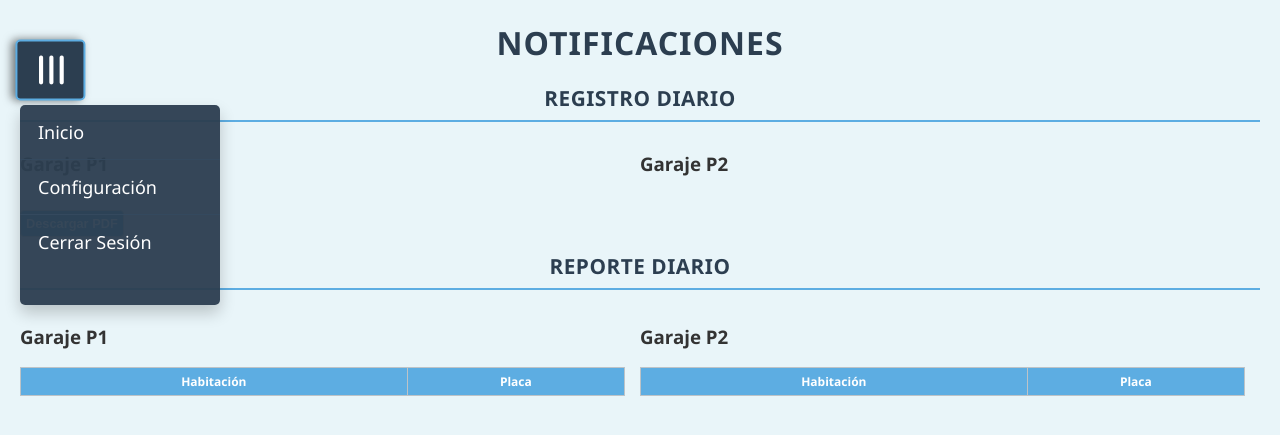
Repository: EddyWebz/base-datos
Page: privado/report.html
The author's editor kept a copy of each file at every save. The page is drawn from the files as they stood at one save, then again after the next save.
The browser window is 1280 px wide. The pictures show the whole page.
After loading, the first visible `button.menu-icon` was clicked once.
The page's requests for data from a server got no answer.

Above is the page before, as saved 2024-08-29 17:24:04.

### privado/report.html
<!DOCTYPE html>
<html lang="es">
<head>
    <meta charset="UTF-8">
    <meta name="viewport" content="width=device-width, initial-scale=1, maximum-scale=1, user-scalable=no"> <!-- Desactiva el zoom -->
    <title>Notificaciones y Reportes de Vehículos</title>
    <!-- Vinculación al archivo CSS de notificaciones -->
    <link rel="apple-touch-icon" sizes="180x180" href="/ico.rep/apple-touch-icon.png">
    <link rel="icon" type="image/png" sizes="32x32" href="/ico.rep/favicon-32x32.png">
    <link rel="icon" type="image/png" sizes="16x16" href="/ico.rep/favicon-16x16.png">
    <link rel="manifest" href="/ico.rep/site.webmanifest">
    <link rel="stylesheet" href="/notif.css">
    <!-- Iconos de Font Awesome -->
    <link rel="stylesheet" href="https://cdnjs.cloudflare.com/ajax/libs/font-awesome/6.0.0-beta3/css/all.min.css">
    <script src="https://cdnjs.cloudflare.com/ajax/libs/html2pdf.js/0.9.2/html2pdf.bundle.min.js"></script>
</head>
<body>
    <!-- Menú desplegable -->
    <div class="dropdown-menu">
        <button class="menu-icon">
            <i class="fas fa-bars"></i> <!-- Ícono de Font Awesome -->
        </button>
        <div class="dropdown-content">
            <a href="#" id="home-link">Inicio</a>
            <a href="#" id="home-link">Configuración</a>
            <a href="#" id="logout-button">Cerrar Sesión</a>
        </div>
    </div>

    <!-- Encabezado de la página -->
    <header>
        <h1>Notificaciones</h1>
    </header>

    <!-- Sección de Notificaciones Activas -->
    <section id="notificaciones">
        <h2>Registro Diario</h2>
        <div class="notificaciones-garajes">
            <div class="garaje">
                <h3>Garaje P1</h3>
                <div id="notificaciones-contenedor-P1" class="notificaciones-contenedor">
                    <!-- Las notificaciones dinámicas de P1 se insertarán aquí -->
                </div>
            </div>
            <div class="garaje">
                <h3>Garaje P2</h3>
                <div id="notificaciones-contenedor-P2" class="notificaciones-contenedor">
                    <!-- Las notificaciones dinámicas de P2 se insertarán aquí -->
                </div>
            </div>
        </div>
    </section>

    <!-- Sección de Reportes -->
    <form id="form-reporte">
        <!-- Botón de Imprimir -->
        <button type="button" id="btn-imprimir">Descargar PDF</button>
    </form>
    <h2>Reporte Diario</h2>

    <div class="reportes-garajes" id="Imprimir">
        <div class="garaje">
            <h3>Garaje P1</h3>
            <table id="tabla-reporte-P1" class="compact-table">
                <thead>
                    <tr>
                        <th>Habitación</th>
                        <th>Placa</th>
                    </tr>
                </thead>
                <tbody>
                    <!-- Las filas de datos se insertarán dinámicamente aquí -->
                </tbody>
            </table>
        </div>

        <div class="garaje">
            <h3>Garaje P2</h3>
            <table id="tabla-reporte-P2" class="compact-table">
                <thead>
                    <tr>
                        <th>Habitación</th>
                        <th>Placa</th>
                    </tr>
                </thead>
                <tbody>
                    <!-- Las filas de datos se insertarán dinámicamente aquí -->
                </tbody>
            </table>
        </div>
    </div>

    <!-- Vinculación al archivo JavaScript de notificaciones y reportes -->
    <script src="/report.js"></script>
</body>
</html>

### BASE-2/notif.css
/* Estilos Generales */
body {
    font-family: 'Segoe UI', Tahoma, Geneva, Verdana, sans-serif;
    background-color: #e9f5f9; /* Un fondo azul claro suave */
    color: #333;
    margin: 20px;
    padding: 0;
    box-sizing: border-box;
}

/* Encabezado */
header h1 {
    text-align: center;
    color: #2c3e50;
    font-size: 2em;
    margin-bottom: 20px;
    text-transform: uppercase;
    letter-spacing: 1px;
    animation: fadeIn 1s ease-in-out;
}

/* Estilo unificado para h2 */
h2 {
    color: #2c3e50; /* Un color azul oscuro */
    font-size: 1.3em; /* Tamaño de fuente ajustado */
    font-weight: bold;
    text-align: center; /* Centrar los títulos */
    margin-top: 15px;
    margin-bottom: 15px;
    padding-bottom: 8px;
    border-bottom: 2px solid #5dade2; /* Añadir un borde inferior para separar visualmente */
    letter-spacing: 0.5px;
    text-transform: uppercase; /* Convertir a mayúsculas para consistencia */
    animation: fadeIn 1s ease-in-out;
}

/* Sección de Notificaciones */
#notificaciones h2 {
    margin-bottom: 10px;
    animation: fadeIn 1s ease-in-out;
}

.notificaciones-garajes {
    display: flex;
    justify-content: space-between; /* Permite que los contenedores de garaje ocupen todo el ancho */
}

.garaje {
    flex: 1;
    margin-right: 15px; /* Reducir espacio entre columnas de garajes */
}

.notificaciones-contenedor {
    display: flex;
    flex-direction: column;
    gap: 3px; /* Reducir el espacio entre notificaciones */
    animation: slideInUp 0.5s ease-in-out;
}

.notificacion {
    background-color: #ffffff;
    border-left: 3px solid #5dade2; /* Azul suave para el borde */
    padding: 3px; /* Reducir padding interno */
    box-shadow: 0 2px 4px rgba(0, 0, 0, 0.1);
    border-radius: 4px;
    width: 100%;  /* Ocupa todo el ancho disponible */
    transition: transform 0.3s ease, box-shadow 0.3s ease;
    cursor: pointer;
    font-size: 0.9em; /* Reducir tamaño de la fuente */
}

.notificacion:hover {
    transform: translateY(-2px);
    box-shadow: 0 4px 6px rgba(0, 0, 0, 0.15);
}

/* Botón Descargar PDF */
button {
    padding: 8px 16px; /* Reducir tamaño del botón */
    background-color: #3498db;
    border: none;
    border-radius: 5px;
    color: white;
    font-weight: bold;
    cursor: pointer;
    transition: background-color 0.3s ease;
    margin-top: 15px; /* Agregar margen superior para separarlo del contenido */
}

button:hover {
    background-color: #2980b9;
}

/* Sección de Reportes */
#reportes h2 {
    margin-bottom: 10px;
    animation: fadeIn 1s ease-in-out;
}

#form-reporte {
    display: flex;
    flex-wrap: wrap;
    gap: 10px;
    margin-bottom: 10px;
}

#form-reporte input, #form-reporte button {
    padding: 5px;
    border-radius: 4px;
    border: 1px solid #bdc3c7;
    font-size: 0.8em;
}

#form-reporte button {
    background-color: #3498db; /* Azul suave para el botón */
    color: #ffffff;
    cursor: pointer;
    transition: background-color 0.3s ease, transform 0.3s ease;
}

#form-reporte button:hover {
    background-color: #2980b9; /* Azul más oscuro al pasar el ratón */
    transform: translateY(-2px);
}

/* Tablas de Reportes */
.reportes-garajes {
    display: flex;
    justify-content: space-between; /* Permite que las tablas de garaje ocupen todo el ancho */
}

.compact-table {
    width: 100%;
    border-collapse: collapse;
    margin-bottom: 15px; /* Reducir espacio inferior */
    font-size: 0.75em; /* Reducir tamaño de la fuente */
}

.compact-table th, .compact-table td {
    border: 1px solid #bdc3c7;
    padding: 5px; /* Reducir padding */
    text-align: center;
    background-color: #f2f6f9; /* Azul claro suave */
    color: #2c3e50;
    transition: background-color 0.3s ease;
}

.compact-table th {
    background-color: #5dade2; /* Azul suave para encabezados */
    color: white;
}

.compact-table tr:nth-child(even) {
    background-color: #ecf7fa; /* Azul aún más claro */
}

.compact-table tr:hover {
    background-color: #d0e9f5; /* Color al pasar el ratón */
}

/* Estilo del menú desplegable */
.dropdown-menu {
    position: absolute;
    top: 20px;
    left: 20px;
    z-index: 1000;
}

.menu-icon {
    background-color: #2c3e50;
    color: #ffffff;
    border: 2px solid #5dade2;
    padding: 8px;
    border-radius: 5px;
    cursor: pointer;
    font-size: 18px;
    transition: padding 0.6s cubic-bezier(0.4, 0.0, 0.2, 1),
                font-size 0.6s cubic-bezier(0.4, 0.0, 0.2, 1),
                background-color 0.6s ease,
                transform 0.6s cubic-bezier(0.4, 0.0, 0.2, 1);
    box-shadow: 0 4px 8px rgba(0, 0, 0, 0.5);
    transform: rotate(0deg);
}

/* Aumentar tamaño en pantallas grandes */
@media (min-width: 792px) {
    .menu-icon {
        padding: 14px;
        font-size: 33px;
    }
    .dropdown-content {
        min-width: 240px; /* Aumentar el ancho del menú */

    }

    .dropdown-content.show a {
        padding: 15px 18px; /* Aumentar padding de los enlaces */
        font-size: 18px; /* Aumentar tamaño de la fuente */
    }
    .dropdown-content.show {
        opacity: 1;
        visibility: visible;
        transform: translateY(0);
        min-width: 200px; /* Aumentar el ancho del menú */
        min-height: 200px;
    }
    /* Añadir clase para la animación de salida */
    .dropdown-content.hide {
        opacity: 0;
        visibility: hidden;
        transform: translateY(-20px);
    }
}

.menu-icon:hover {
    background-color: #34495e;
    transform: scale(1.1);
}

.menu-icon.open {
    transform: rotate(90deg);
    transition: transform 0.6s cubic-bezier(0.4, 0.0, 0.2, 1);
}

/* Estilo del contenido desplegable con animación */
.dropdown-content {
    position: absolute;
    left: 0;
    top: 100%;
    background-color: rgba(44, 62, 80, 0.95);
    min-width: 160px;
    box-shadow: 0px 8px 16px 0px rgba(0,0,0,0.2);
    border-radius: 5px;
    z-index: 1001;
    opacity: 0;
    visibility: hidden;
    transform: translateY(-20px);
    transition: opacity 0.6s cubic-bezier(0.4, 0.0, 0.2, 1),
                transform 0.6s cubic-bezier(0.4, 0.0, 0.2, 1),
                visibility 0.6s;
}

.dropdown-content.show {
    opacity: 1;
    visibility: visible;
    transform: translateY(0);
}

.dropdown-content a {
    color: #ffffff;
    padding: 10px 12px;
    text-decoration: none;
    display: block;
    transition: background-color 0.4s ease;
    border-bottom: 1px solid #34495e;
    font-size: 14px;
}

.dropdown-content a:last-child {
    border-bottom: none;
}

.dropdown-content a:hover {
    background-color: #5dade2;
}

/* Animaciones */
@keyframes fadeIn {
    0% { opacity: 0; }
    100% { opacity: 1; }
}

@keyframes slideInUp {
    0% {
        transform: translateY(30px);
        opacity: 0;
    }
    100% {
        transform: translateY(0);
        opacity: 1;
    }
}

/* Estilos específicos para impresión */
@media print {
    body {
        background-color: white; /* Asegura un fondo blanco para la impresión */
        color: black; /* Asegura que el texto sea negro */
    }

    #reportes h2, #reportes h3 {
        color: black; /* Asegura que los títulos sean visibles */
    }

    #reportes table {
        width: 100%;
        border-collapse: collapse;
    }

    /* Reducir tamaño de fuente y padding en celdas */
    #reportes th, #reportes td {
        border: 1px solid #000;
        padding: 0px;
        text-align: center;
        height: 6px;
        font-size: 10px;
        background-color: white;
        color: black;
    }

    #reportes th {
        background-color: #ddd;
        color: black;
    }

    #reportes td {
        color: black;
    }

    /* Ocultar elementos no necesarios en la impresión */
    button, #form-reporte {
        display: none;
    }

    /* Ajuste para impresión en una sola página */
    #reportes {
        page-break-before: always;
    }
}

### BASE-2/report.js
document.addEventListener('DOMContentLoaded', () => {
    actualizarNotificaciones();
    generarReporteAutomatico(); // Generar el reporte automáticamente al cargar la página

    // Configurar auto-actualización cada 5 minutos para notificaciones y reporte
    setInterval(actualizarNotificaciones,  1 * 60 * 60 * 1000);
    setInterval(generarReporteAutomatico,  1 * 60 * 60 * 1000);

    // Configurar botón de impresión/descarga
    document.getElementById('btn-imprimir').addEventListener('click', imprimirReporte);

    // Redirección al hacer clic en el enlace "Inicio"
    const homeLink = document.getElementById('home-link');
    homeLink.addEventListener('click', () => {
        window.location.href = '/privado/cuerpo.html';
    });

    // Lógica para cerrar sesión
    const logoutButton = document.getElementById('logout-button');
    logoutButton.addEventListener('click', async () => {
        const response = await fetch('/logout', {
            method: 'POST',
            headers: {
                'Content-Type': 'application/json'
            }
        });

        if (response.ok) {
            window.location.href = '/login'; // Redirigir a la página de inicio de sesión después de cerrar sesión
        } else {
            alert('Error al cerrar sesión. Inténtalo de nuevo.');
        }
    });

    // ---- FUNCIONES DE INTERACCIÓN PARA EL MENÚ ----
    const menuIcon = document.querySelector('.menu-icon');
    const dropdownContent = document.querySelector('.dropdown-content');

    menuIcon.addEventListener('click', () => {
        dropdownContent.classList.toggle('show');
        menuIcon.classList.toggle('open');
    });

    window.addEventListener('click', (e) => {
        if (!menuIcon.contains(e.target) && !dropdownContent.contains(e.target)) {
            dropdownContent.classList.remove('show');
            menuIcon.classList.remove('open');
        }
    });
});

// Resto del código...

// Función para obtener y actualizar las notificaciones activas
function actualizarNotificaciones() {
    fetch('/api/notas/notificaciones')
        .then(response => response.json())
        .then(data => {
            console.log('Notificaciones recibidas:', data); // Para depuración

            const contenedorP1 = document.getElementById('notificaciones-contenedor-P1');
            const contenedorP2 = document.getElementById('notificaciones-contenedor-P2');
            contenedorP1.innerHTML = ''; // Limpiar contenido previo
            contenedorP2.innerHTML = ''; // Limpiar contenido previo

            data.P1.forEach(notificacion => {
                const div = document.createElement('div');
                div.classList.add('notificacion');
                div.innerHTML = `<p><strong>Habitación:</strong> ${notificacion.habitacion} <strong>Placa:</strong> ${notificacion.plate}</p>`;
                contenedorP1.appendChild(div);
            });

            data.P2.forEach(notificacion => {
                const div = document.createElement('div');
                div.classList.add('notificacion');
                div.innerHTML = `<p><strong>Habitación:</strong> ${notificacion.habitacion} <strong>Placa:</strong> ${notificacion.plate}</p>`;
                contenedorP2.appendChild(div);
            });
        })
        .catch(error => console.error('Error al obtener notificaciones:', error));
}

// Función para generar y actualizar el reporte automático de vehículos en garaje
function generarReporteAutomatico() {
    fetch('/api/notas/reportes')
        .then(response => response.json())
        .then(data => {
            console.log('Datos del reporte recibidos:', data); // Para depuración

            const tbodyP1 = document.getElementById('tabla-reporte-P1').querySelector('tbody');
            const tbodyP2 = document.getElementById('tabla-reporte-P2').querySelector('tbody');
            tbodyP1.innerHTML = ''; // Limpiar contenido previo
            tbodyP2.innerHTML = ''; // Limpiar contenido previo

            data.P1.forEach(registro => {
                const tr = document.createElement('tr');
                tr.innerHTML = `<td>${registro.habitacion}</td><td>${registro.plate}</td>`;
                tbodyP1.appendChild(tr);
            });

            data.P2.forEach(registro => {
                const tr = document.createElement('tr');
                tr.innerHTML = `<td>${registro.habitacion}</td><td>${registro.plate}</td>`;
                tbodyP2.appendChild(tr);
            });
        })
        .catch(error => console.error('Error al generar el reporte:', error));
}

// Función para imprimir o descargar el reporte como PDF
function imprimirReporte() {
    // Verificar si la página ya ha sido recargada
    if (!window.location.hash) {
        window.location = window.location + '#imprimir';
        window.location.reload();
    } else {
        // Si ya ha sido recargada, procede a imprimir solo la parte del reporte
        const printContents = document.getElementById('Imprimir').innerHTML;
        const originalContents = document.body.innerHTML;

        document.body.innerHTML = printContents;
        window.print();
        document.body.innerHTML = originalContents;

        // Esto es para evitar que la URL tenga el hash #imprimir
        window.history.replaceState('', document.title, window.location.pathname);
    }
}

// Refrescar la página después de cerrar el cuadro de diálogo de impresión
window.addEventListener('afterprint', function() {
    window.location.reload();
});

After the next save:
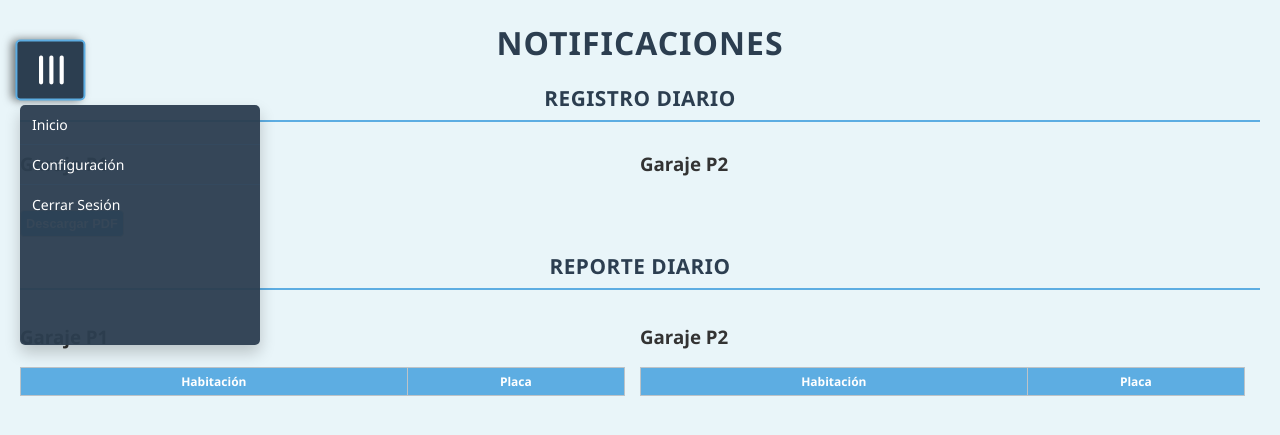
Saved 33 min 35 s later.
--- a/BASE-2/notif.css
+++ b/BASE-2/notif.css
@@ -188,27 +188,25 @@ button:hover {
         padding: 14px;
         font-size: 33px;
     }
+
     .dropdown-content {
-        min-width: 240px; /* Aumentar el ancho del menú */
-
-    }
-
-    .dropdown-content.show a {
-        padding: 15px 18px; /* Aumentar padding de los enlaces */
-        font-size: 18px; /* Aumentar tamaño de la fuente */
-    }
+        min-width: 240px;
+        min-height: 240px;
+        transform: translateY(-20px); /* Mantén la posición correcta en estado inicial */
+    }
+
     .dropdown-content.show {
-        opacity: 1;
-        visibility: visible;
         transform: translateY(0);
-        min-width: 200px; /* Aumentar el ancho del menú */
-        min-height: 200px;
-    }
-    /* Añadir clase para la animación de salida */
+        min-width: 240px; /* Asegura el tamaño correcto */
+        min-height: 240px;
+    }
+
     .dropdown-content.hide {
         opacity: 0;
         visibility: hidden;
-        transform: translateY(-20px);
+        transform: translateY(-20px); /* Se asegura que no haya "salto" */
+        min-width: 240px; /* Asegura el tamaño correcto durante la salida */
+        min-height: 240px;
     }
 }
 
@@ -223,6 +221,12 @@ button:hover {
 }
 
 /* Estilo del contenido desplegable con animación */
+.dropdown-content, .dropdown-content.show, .dropdown-content.hide {
+    transition: opacity 0.6s cubic-bezier(0.4, 0.0, 0.2, 1),
+                transform 0.6s cubic-bezier(0.4, 0.0, 0.2, 1),
+                visibility 0.6s;
+}
+
 .dropdown-content {
     position: absolute;
     left: 0;
@@ -235,9 +239,6 @@ button:hover {
     opacity: 0;
     visibility: hidden;
     transform: translateY(-20px);
-    transition: opacity 0.6s cubic-bezier(0.4, 0.0, 0.2, 1),
-                transform 0.6s cubic-bezier(0.4, 0.0, 0.2, 1),
-                visibility 0.6s;
 }
 
 .dropdown-content.show {
@@ -267,7 +268,7 @@ button:hover {
 /* Animaciones */
 @keyframes fadeIn {
     0% { opacity: 0; }
-    100% { opacity: 1; }
+     100% { opacity: 1; }
 }
 
 @keyframes slideInUp {
@@ -290,6 +291,8 @@ button:hover {
 
     #reportes h2, #reportes h3 {
         color: black; /* Asegura que los títulos sean visibles */
+        margin: 0;
+        padding: 0;
     }
 
     #reportes table {
@@ -300,10 +303,10 @@ button:hover {
     /* Reducir tamaño de fuente y padding en celdas */
     #reportes th, #reportes td {
         border: 1px solid #000;
-        padding: 0px;
+        padding: 2px; /* Reducir padding para más contenido por página */
         text-align: center;
         height: 6px;
-        font-size: 10px;
+        font-size: 12px;
         background-color: white;
         color: black;
     }
